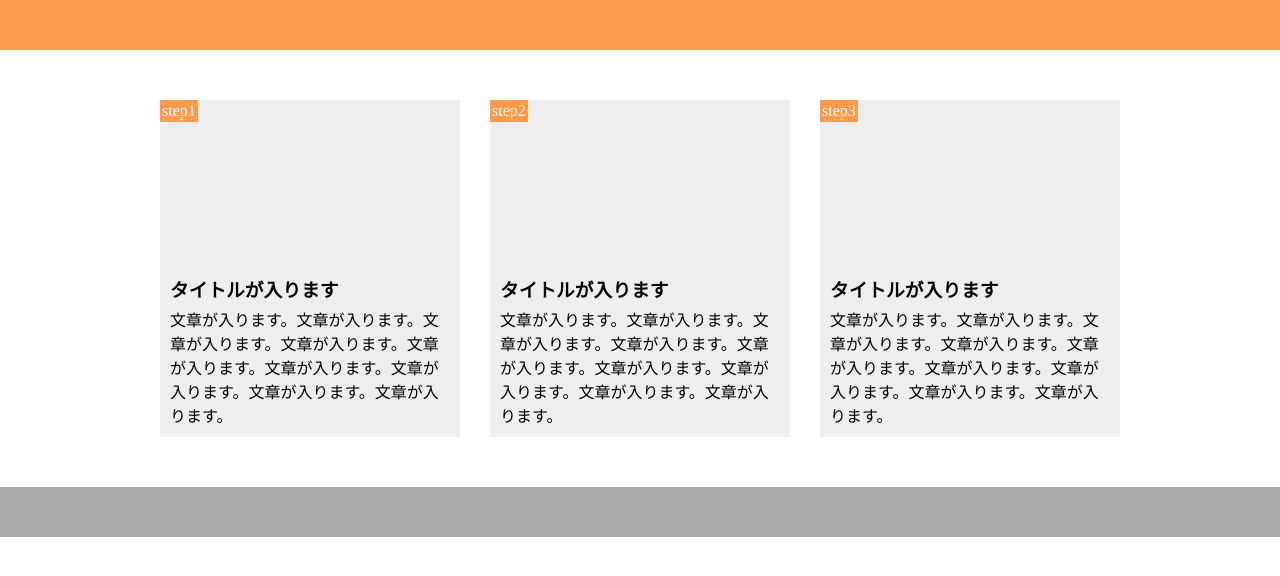
Repository: menyuu/test-html-CSS-practice
Page: exercise/chapter9_exercise.html
The author's editor kept a record of every edit. The page is drawn from the files as they stood at one moment, then again after the next edit.
The browser window is 1280 px wide. The pictures show the whole page.

Above is the page before.

### exercise/chapter9_exercise.html
<!DOCTYPE html>
<html lang="ja">
<head>
  <meta charset="UTF-8">
  <link rel="stylesheet" href="style9.css" type="text/css" />
  <title>chapter9_exercise</title>
</head>
<body>
  <header></header>

  <main>

    <div class="items">

      <div class="item">
        <p class="item-logo">step1</p>
        <div class="item-image"></div>
        <h3 class="item-title">タイトルが入ります</h3>
        <p class="item-text">文章が入ります。文章が入ります。文章が入ります。文章が入ります。文章が入ります。文章が入ります。文章が入ります。文章が入ります。文章が入ります。</p>
      </div>

      <div class="item">
        <p class="item-logo">step2</p>
        <div class="item-image"></div>
        <h3 class="item-title">タイトルが入ります</h3>
        <p class="item-text">文章が入ります。文章が入ります。文章が入ります。文章が入ります。文章が入ります。文章が入ります。文章が入ります。文章が入ります。文章が入ります。</p>
      </div>

      <div class="item">
        <p class="item-logo">step3</p>
        <div class="item-image"></div>
        <h3 class="item-title">タイトルが入ります</h3>
        <p class="item-text">文章が入ります。文章が入ります。文章が入ります。文章が入ります。文章が入ります。文章が入ります。文章が入ります。文章が入ります。文章が入ります。</p>
      </div>

    </div>
  </main>

  <footer></footer>
</body>
</html>

### exercise/style9.css
* {
  margin: 0;
  padding: 0;
  box-sizing: border-box;
}

header {
  width: 100%;
  height: 50px;
  background-color: #ff9a4b;
}

.items {
  width: 960px;
  margin: 0 auto;
  display: flex;
  padding: 50px 0;
}

.items .item:nth-child(2) {
  margin: 0 30px;
}

.item {
  width: 300px;
  background-color: #eee;
  padding: 10px;
  position: relative;
}
.item-logo {
  position: absolute;
  top: 0;
  left: 0;
  background-color: #ff9a4b;
  color: white;
  padding: 2px;
}

.item-title {
  margin: 15px 0 5px;
}

.item-image {
  width: 100%;
  height: 150px;
}

.flow01 {
  background-image: url(img9/flow01.png);

  background-position: bottom;
}

footer {
  width: 100%;
  height: 50px;
  background-color: #aaa;
}

After the next edit:
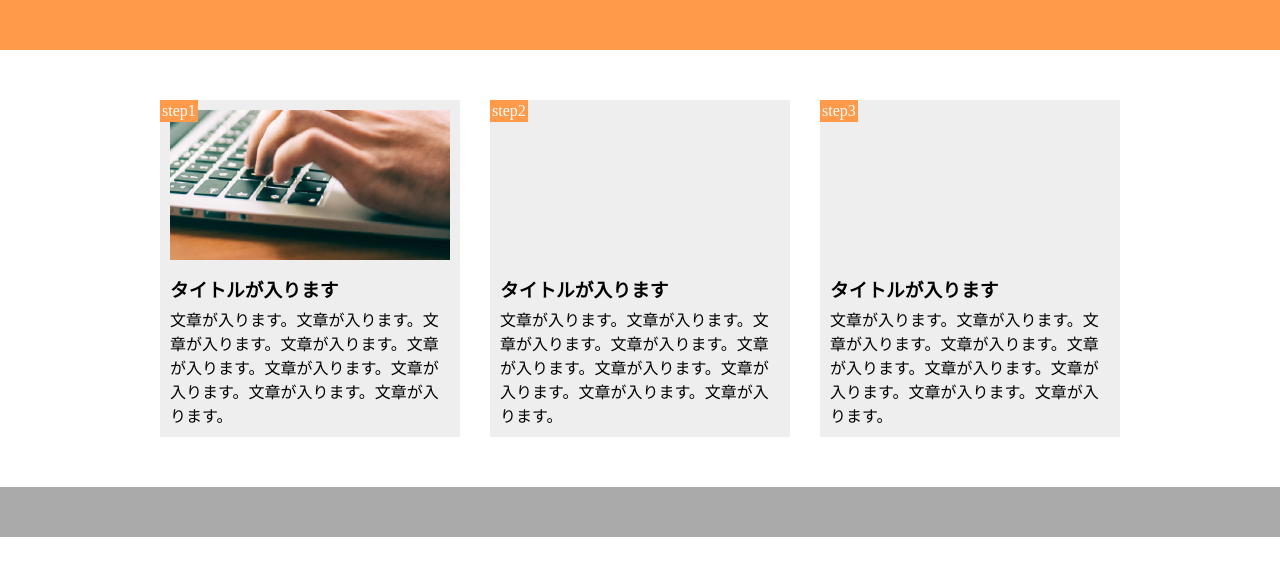
The edit:
--- a/exercise/chapter9_exercise.html
+++ b/exercise/chapter9_exercise.html
@@ -14,7 +14,7 @@
 
       <div class="item">
         <p class="item-logo">step1</p>
-        <div class="item-image"></div>
+        <div class="item-image flow01"></div>
         <h3 class="item-title">タイトルが入ります</h3>
         <p class="item-text">文章が入ります。文章が入ります。文章が入ります。文章が入ります。文章が入ります。文章が入ります。文章が入ります。文章が入ります。文章が入ります。</p>
       </div>
